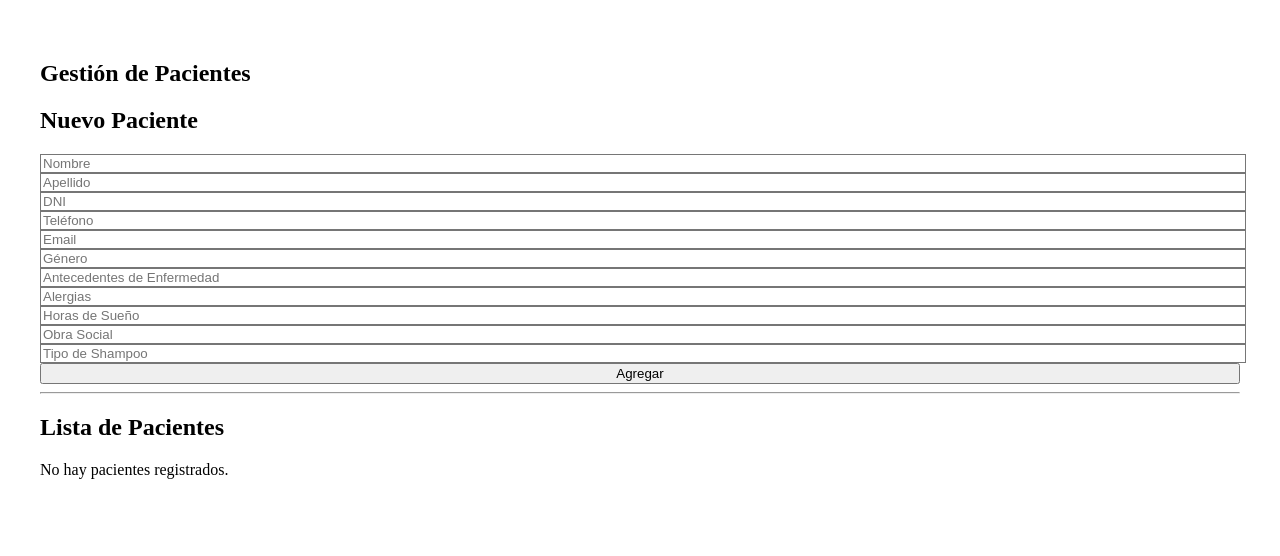
Repository: manucavallera/ConsultorioA
Page: /pacientes (app in frontend/)
An editor plug-in stored every save of this project. The page is shown before and after the next save, followed by the edit.
The browser window is 1280 px wide. The pictures show the whole page.
The page's requests for data from a server got no answer. The project was rebuilt for these pictures with package versions that can differ from the ones it lists, and the page was loaded fresh each time. No one was signed in, and anything a server would have sent is missing. Also part of the build but not shown: frontend/vite.config.js, frontend/src/Home.jsx, frontend/src/components/PatientHistoryForm.jsx, frontend/src/components/RegistroTratamiento.jsx, frontend/src/components/SolicitudAnalisis.jsx, frontend/src/components/SubirEstudiosAnalisis.jsx.

Above is the page before, as saved 2025-06-20 16:21:27.

After the next save:
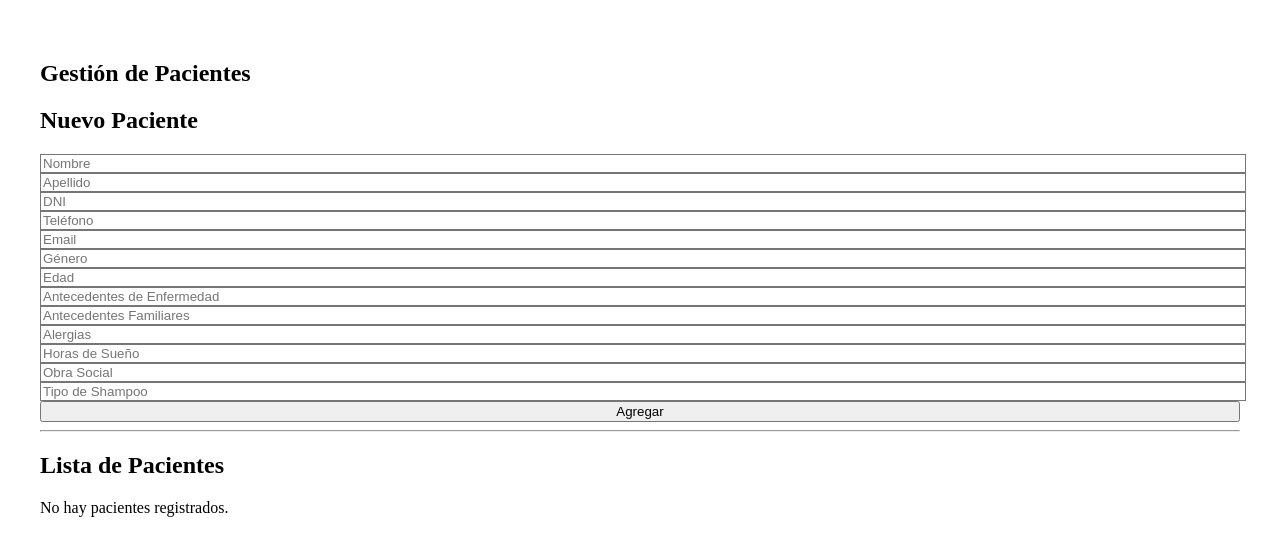
Saved 2 min 36 s later.
--- a/frontend/src/components/PacientForm.jsx
+++ b/frontend/src/components/PacientForm.jsx
@@ -8,7 +8,9 @@ export default function PacienteForm({ onPacienteSubmit, pacienteEditando }) {
     telefono: "",
     email: "",
     genero: "",
+    edad: "", // Nuevo campo agregado
     antecedentesEnfermedad: "",
+    antecedentesFamiliares: "", // Nuevo campo agregado
     alergias: "",
     horasSueno: "",
     obraSocial: "",
@@ -24,7 +26,9 @@ export default function PacienteForm({ onPacienteSubmit, pacienteEditando }) {
         telefono: pacienteEditando.telefono || "",
         email: pacienteEditando.email || "",
         genero: pacienteEditando.genero || "",
+        edad: pacienteEditando.edad || "", // Nuevo campo agregado
         antecedentesEnfermedad: pacienteEditando.antecedentesEnfermedad || "",
+        antecedentesFamiliares: pacienteEditando.antecedentesFamiliares || "", // Nuevo campo agregado
         alergias: pacienteEditando.alergias || "",
         horasSueno: pacienteEditando.horasSueno || "",
         obraSocial: pacienteEditando.obraSocial || "",
@@ -63,7 +67,9 @@ export default function PacienteForm({ onPacienteSubmit, pacienteEditando }) {
           telefono: "",
           email: "",
           genero: "",
+          edad: "", // Nuevo campo agregado
           antecedentesEnfermedad: "",
+          antecedentesFamiliares: "", // Nuevo campo agregado
           alergias: "",
           horasSueno: "",
           obraSocial: "",
@@ -136,9 +142,25 @@ export default function PacienteForm({ onPacienteSubmit, pacienteEditando }) {
       />
       <input
         type='text'
+        name='edad'
+        placeholder='Edad'
+        value={formData.edad}
+        onChange={handleChange}
+        className='border border-gray-300 rounded-lg p-2 mb-4 w-full'
+      />
+      <input
+        type='text'
         name='antecedentesEnfermedad'
         placeholder='Antecedentes de Enfermedad'
         value={formData.antecedentesEnfermedad}
+        onChange={handleChange}
+        className='border border-gray-300 rounded-lg p-2 mb-4 w-full'
+      />
+      <input
+        type='text'
+        name='antecedentesFamiliares'
+        placeholder='Antecedentes Familiares'
+        value={formData.antecedentesFamiliares}
         onChange={handleChange}
         className='border border-gray-300 rounded-lg p-2 mb-4 w-full'
       />
